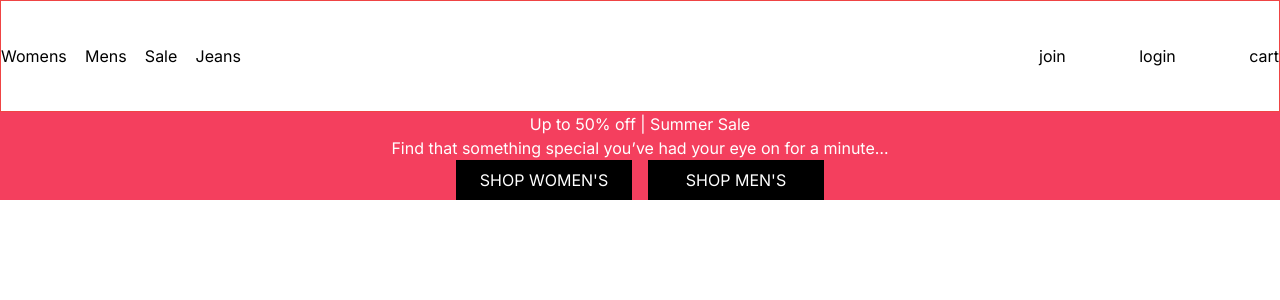
Repository: harrywebb21/stil-clothing
Page: /
The author's editor kept a copy of each file at every save. The page is drawn from the files as they stood at one save, then again after the next save.
The browser window is 1280 px wide. The pictures show the whole page.
The project was rebuilt for these pictures with package versions that can differ from the ones it lists, and the page was loaded fresh each time. The framework's server and built-in components were replaced by stand-ins that run in the browser. Also part of the build but not shown: next.config.js.

Above is the page before, as saved 2023-06-08 16:04:15.

After the next save:
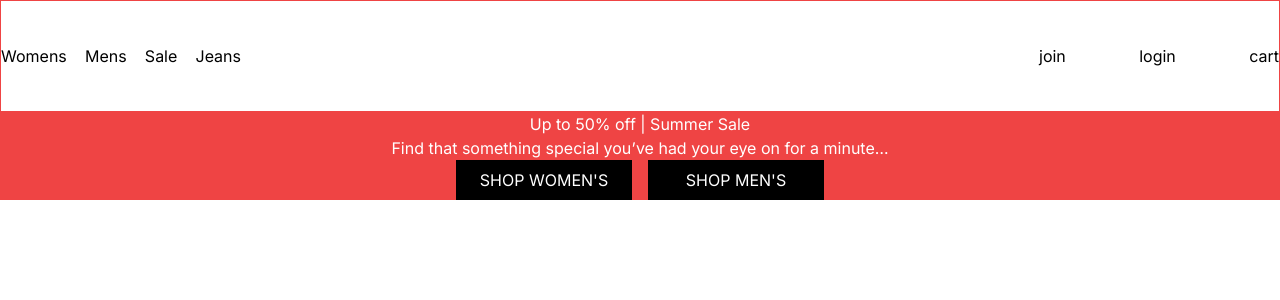
Saved 15 s later.
--- a/src/app/components/SaleBox.js
+++ b/src/app/components/SaleBox.js
@@ -1,6 +1,6 @@
 export default function SaleBox() {
   return (
-    <div className="flex flex-col justify-center items-center w-60 bg-rose-500 text-white w-screen ">
+    <div className="flex flex-col justify-center items-center w-60 bg-red-500 text-white w-screen ">
       <h1> Up to 50% off | Summer Sale</h1>
       <p>Find that something special you’ve had your eye on for a minute…</p>
       <div className="gap-4 flex">
